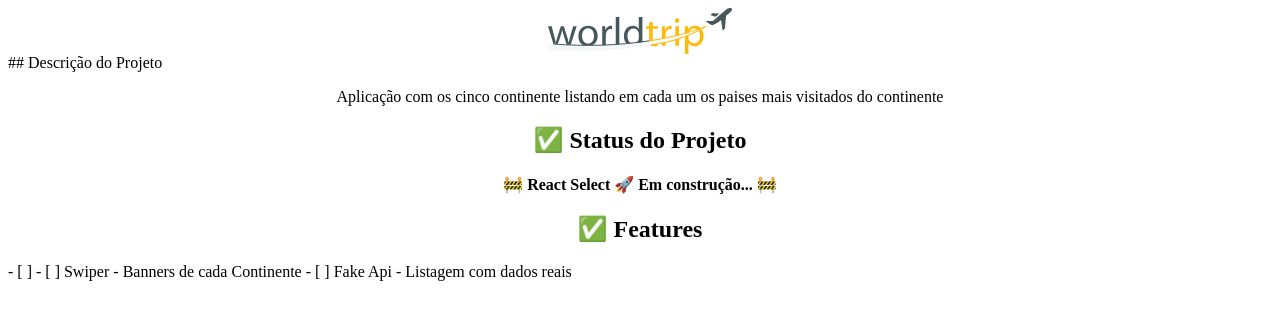
Repository: viniciusfg05/WorldTrip
Page: README.html
These files come from the project's save history. The page is drawn as it stood at one moment and after the next save; the edit follows.
The browser window is 1280 px wide. The pictures show the whole page.

Above is the page before, as saved 2022-04-12 12:47:58.

After the next save:
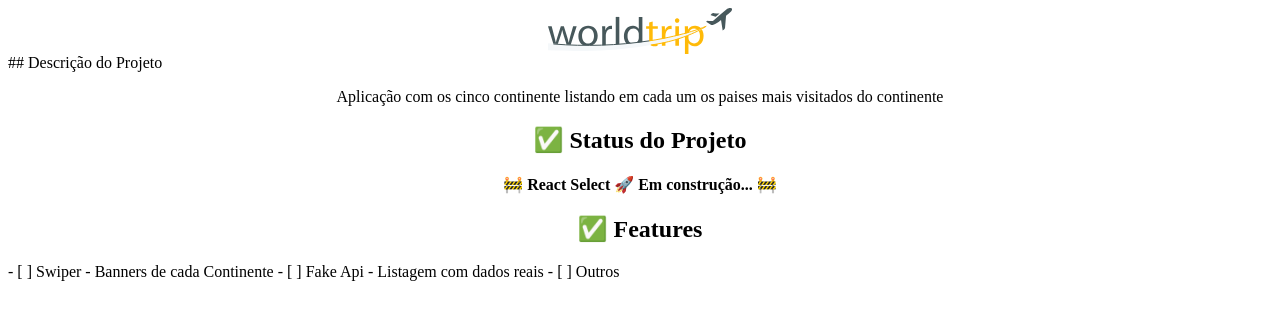
Saved 39 s later.
--- a/README.html
+++ b/README.html
@@ -13,5 +13,5 @@
 
 <h2 align="center">✅ Features</h2>
 
-- [ ] - [ ] Swiper - Banners de cada Continente - [ ] Fake Api - Listagem com
-dados reais
+- [ ] Swiper - Banners de cada Continente - [ ] Fake Api - Listagem com dados
+reais - [ ] Outros
